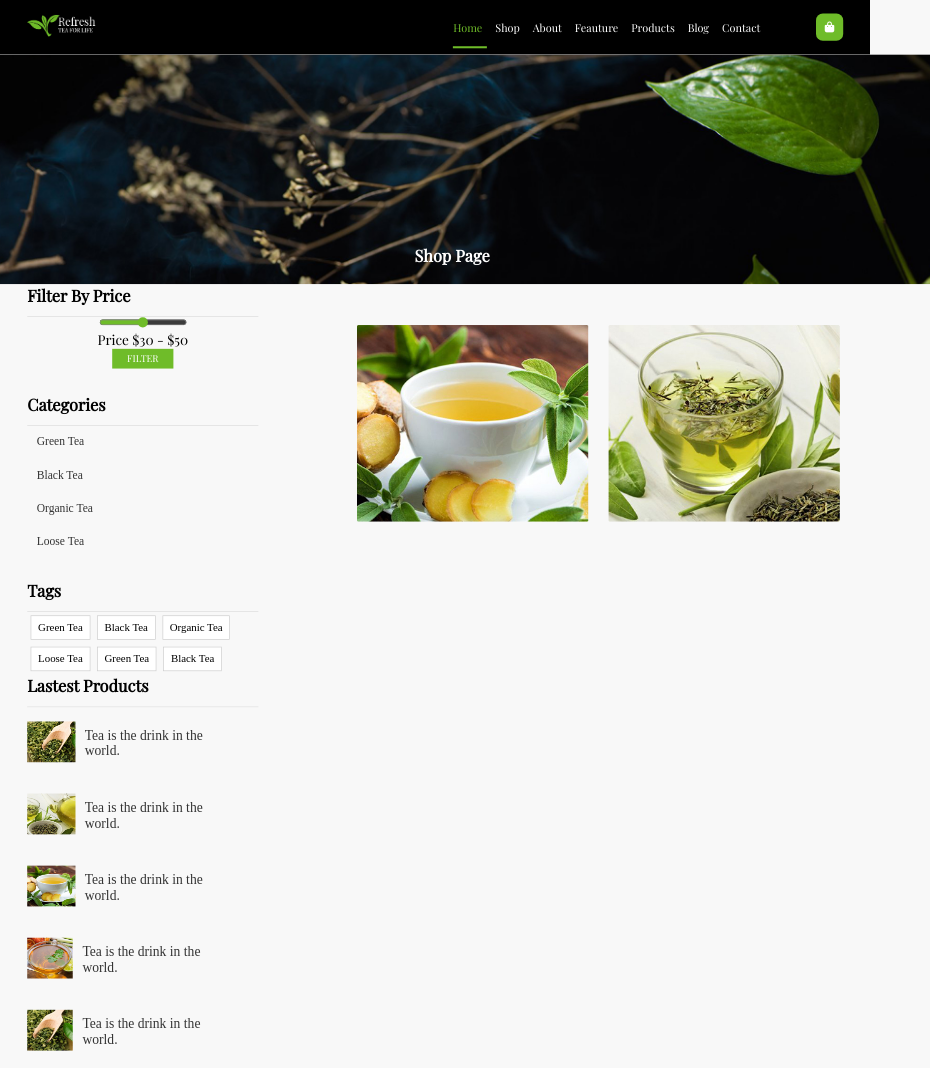
Repository: 52hzwhaleblue/school_teashop
Page: shop.html
These files come from the project's save history. The page is drawn as it stood at one moment and after the next save; the edit follows.
The browser window is 1280 px wide. The page is 1368 px wide, so the pictures cover 1368 px, including what lies to the right of the window. The pictures show the whole page, at 68% of full size.
Some web libraries are served in a nearby version.

Above is the page before, as saved 2022-05-04 23:02:19.

After the next save:
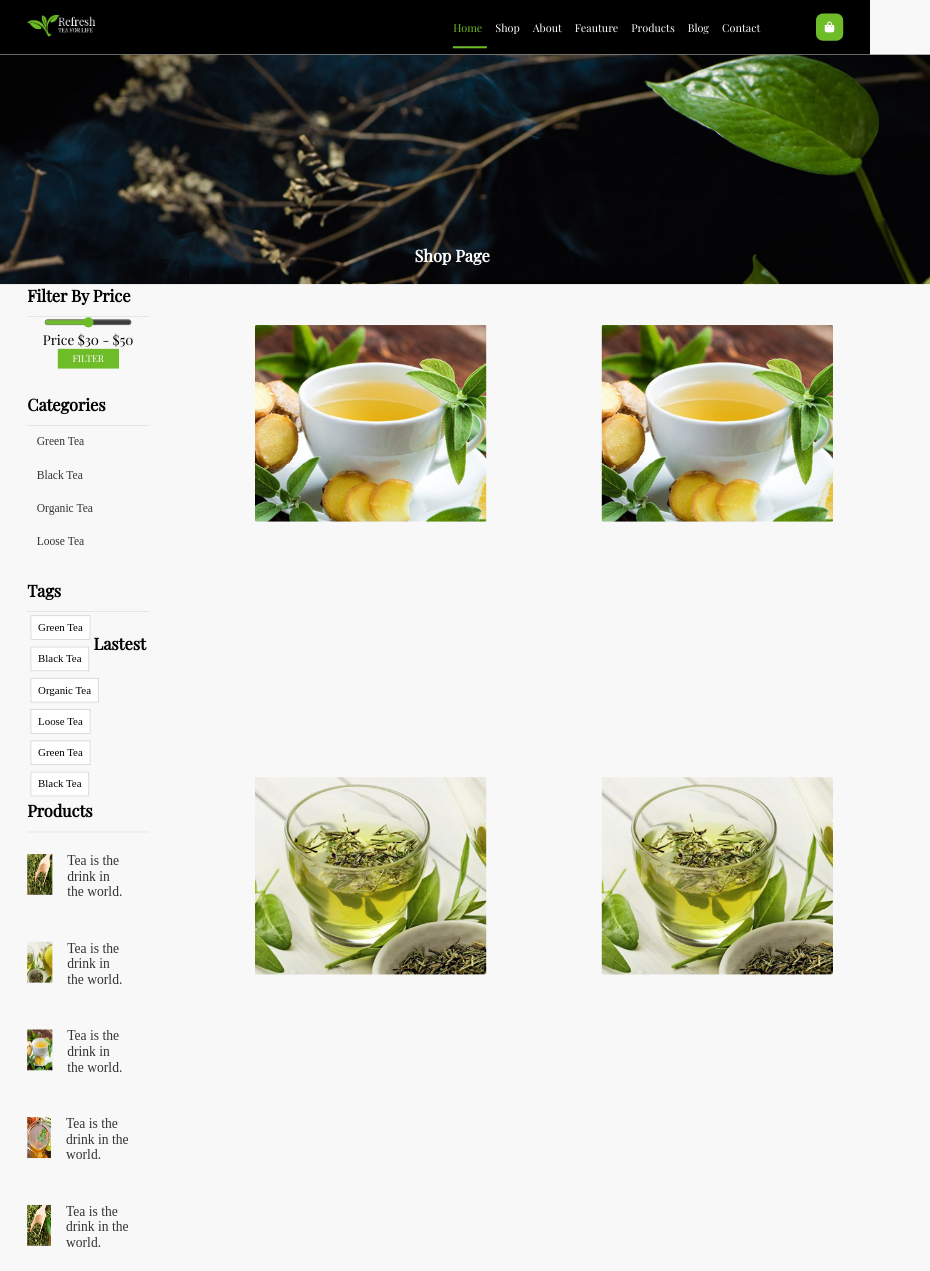
Saved 2 min 47 s later.
--- a/shop.html
+++ b/shop.html
@@ -180,6 +180,14 @@
                         <img src="images/product-9.jpg">
                     </div>
                   </div>
+                  <div class="shop-product-wrapper">
+                    <div class="shop">
+                        <img src="images/product-8.jpg">
+                    </div>
+                    <div class="shop">
+                        <img src="images/product-9.jpg">
+                    </div>
+                  </div>
             </div>
         </div>
     </div>

After the save that followed:
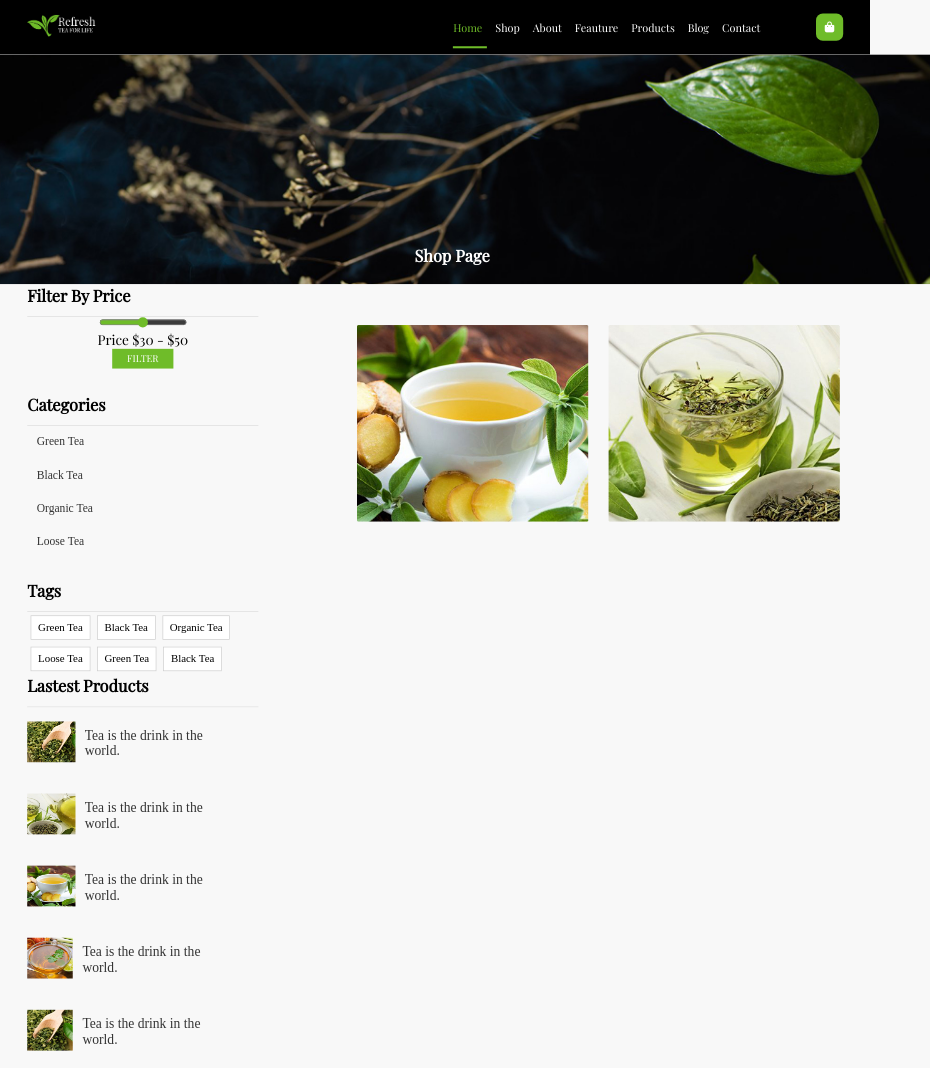
Saved 30 s later.
--- a/shop.html
+++ b/shop.html
@@ -180,14 +180,7 @@
                         <img src="images/product-9.jpg">
                     </div>
                   </div>
-                  <div class="shop-product-wrapper">
-                    <div class="shop">
-                        <img src="images/product-8.jpg">
-                    </div>
-                    <div class="shop">
-                        <img src="images/product-9.jpg">
-                    </div>
-                  </div>
+
             </div>
         </div>
     </div>
